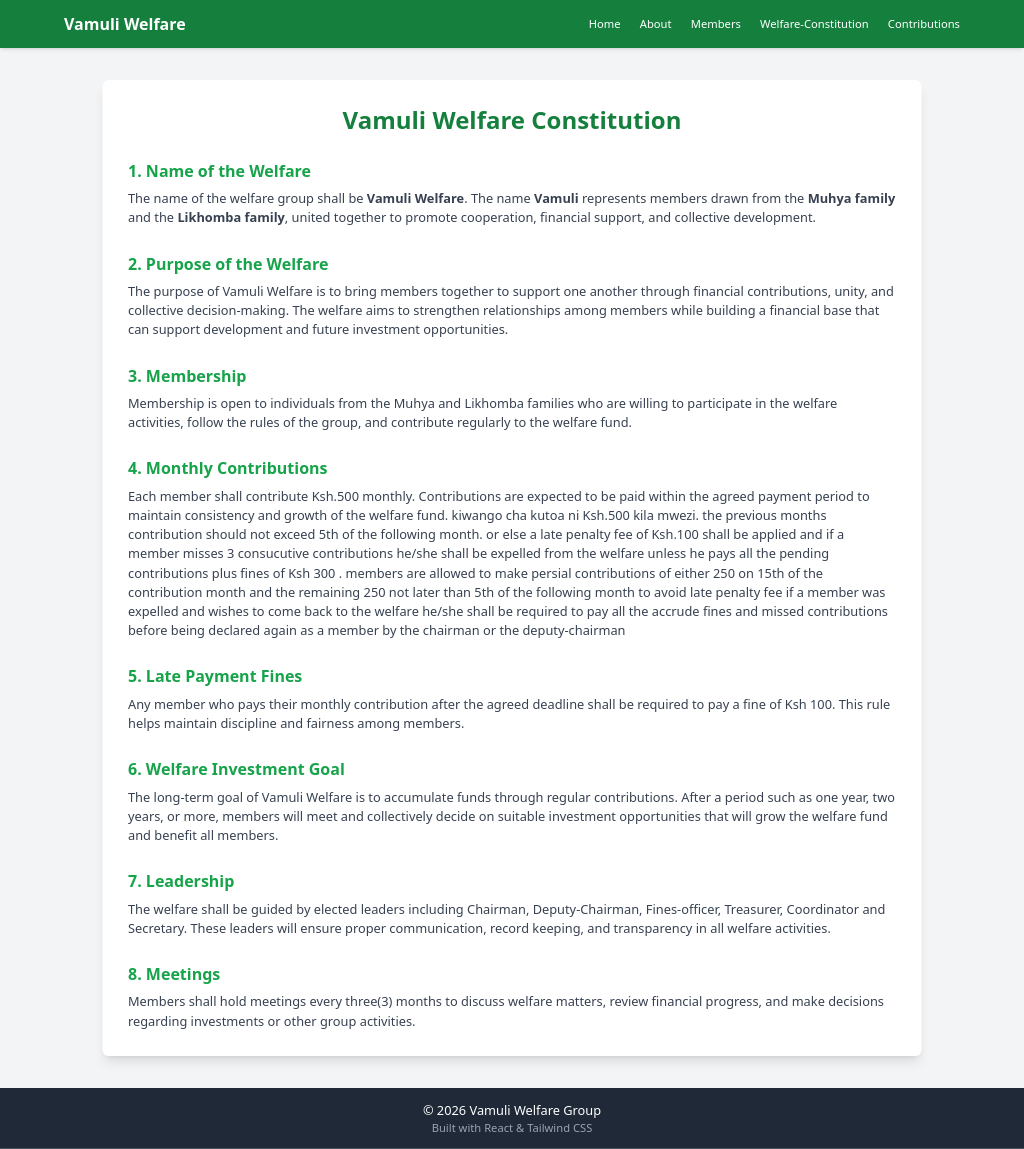
Repository: Engineer-collo/Vamuli-welfare
Page: /constitution
These files come from the project's save history. The page is drawn as it stood at one moment and after a run of saves; the edit follows.
The browser window is 1280 px wide. The pictures show the whole page, at 80% of full size.
The project was rebuilt for these pictures with package versions that can differ from the ones it lists, and the page was loaded fresh each time. Also part of the build but not shown: vite.config.js, src/pages/contributionsData.js, src/pages/Home.jsx, src/pages/Members.jsx, src/pages/ContributionsTable.jsx, src/pages/About.jsx.

Above is the page before, as saved 2026-03-16 15:36:47.

### index.html
<!doctype html>
<html lang="en">
  <head>
    <meta charset="UTF-8" />
    <link rel="icon" type="image/svg+xml" href="/favicon.svg" />
    <meta name="viewport" content="width=device-width, initial-scale=1.0" />
    <title>vamuli-welfare</title>
  </head>
  <body>
    <div id="root"></div>
    <script type="module" src="/src/main.jsx"></script>
  </body>
</html>

### src/App.jsx
import { BrowserRouter as Router, Routes, Route } from "react-router-dom";

import Navbar from "./components/Navbar";
import Footer from "./components/Footer";

import Home from "./pages/Home";
import Members from "./pages/Members";
import ContributionsTable from "./pages/ContributionsTable";
import WelfareConstituion from "./pages/WelfareConstituion";
import About from "./pages/About";

function App() {
  return (
    <Router>
      <div className="bg-gray-100 min-h-screen">

        <Navbar />

        <Routes>
          <Route path="/" element={<Home />} />
          <Route path="/members" element={<Members />} />
          <Route path="/contributions" element={<ContributionsTable />} />
          <Route path="/about" element={<About />} />
          <Route path="/constitution" element={<WelfareConstituion/>} />

        </Routes>

        <Footer />

      </div>
    </Router>
  );
}

export default App;

### src/components/Navbar.jsx
import { Link } from "react-router-dom";

function Navbar() {
  return (
    <nav className="bg-green-700 text-white shadow-md">
      <div className="max-w-6xl mx-auto flex justify-between items-center p-4">

        <h1 className="text-xl font-bold">
          <Link to="/">Vamuli Welfare</Link>
        </h1>

        <ul className="flex gap-6 text-sm">
          <li>
            <Link to="/" className="hover:text-gray-200">Home</Link>
          </li>

          <li>
            <Link to="/about" className="hover:text-gray-200">About</Link>
          </li>

          <li>
            <Link to="/members" className="hover:text-gray-200">Members</Link>
          </li>

          <li>
            <Link to="/constitution" className="hover:text-gray-200">Welfare-Constitution</Link>
          </li>


          <li>
            <Link to="/contributions" className="hover:text-gray-200">Contributions</Link>
          </li>



        </ul>

      </div>
    </nav>
  );
}

export default Navbar;

### src/components/Footer.jsx
import React from "react";

function Footer() {
  return (
    <footer className="bg-gray-800 text-white mt-10">
      <div className="max-w-6xl mx-auto text-center p-4">
        <p>© 2026 Vamuli Welfare Group</p>
        <p className="text-sm text-gray-400">
          Built with React & Tailwind CSS
        </p>
      </div>
    </footer>
  );
}

export default Footer;

### src/pages/WelfareConstituion.jsx
import React from "react";

function Constitution() {
  return (
    <div className="max-w-5xl mx-auto mt-10 bg-white shadow-lg rounded-lg p-8">

      <h1 className="text-3xl font-bold text-center text-green-700 mb-8">
        Vamuli Welfare Constitution
      </h1>

      {/* Introduction */}

      <section className="mb-8">
        <h2 className="text-xl font-semibold text-green-600 mb-2">
          1. Name of the Welfare
        </h2>

        <p className="text-gray-700">
          The name of the welfare group shall be <strong>Vamuli Welfare</strong>.
          The name <strong>Vamuli</strong> represents members drawn from the
          <strong> Muhya family </strong> and the <strong>Likhomba family</strong>,
          united together to promote cooperation, financial support, and
          collective development.
        </p>
      </section>

      {/* Purpose */}

      <section className="mb-8">
        <h2 className="text-xl font-semibold text-green-600 mb-2">
          2. Purpose of the Welfare
        </h2>

        <p className="text-gray-700">
          The purpose of Vamuli Welfare is to bring members together to support
          one another through financial contributions, unity, and collective
          decision-making. The welfare aims to strengthen relationships among
          members while building a financial base that can support development
          and future investment opportunities.
        </p>
      </section>

      {/* Membership */}

      <section className="mb-8">
        <h2 className="text-xl font-semibold text-green-600 mb-2">
          3. Membership
        </h2>

        <p className="text-gray-700">
          Membership is open to individuals from the Muhya and Likhomba
          families who are willing to participate in the welfare activities,
          follow the rules of the group, and contribute regularly to the
          welfare fund.
        </p>
      </section>

      {/* Contributions */}

      <section className="mb-8">
        <h2 className="text-xl font-semibold text-green-600 mb-2">
          4. Monthly Contributions
        </h2>

        <p className="text-gray-700">
          Each member shall contribute Ksh.500 monthly.
          Contributions are expected to be paid within the agreed payment
          period to maintain consistency and growth of the welfare fund.

          kiwango cha kutoa ni Ksh.500 kila mwezi. the previous months contribution should not exceed 5th of the following month. or else a late penalty fee
           of Ksh.100 shall be applied and if a member misses 3 consucutive contributions he/she shall be expelled from the welfare unless he pays all the pending contributions plus fines of Ksh 300 .
           members are allowed to make persial contributions of either 250 on 15th of the contribution month and the remaining 250 not later than 5th of the following month to avoid late penalty fee
           if a member was expelled and wishes to come back to the welfare he/she shall be required to pay all the accrude fines and missed contributions before being declared again as a member by the chairman or the deputy-chairman
        </p>
      </section>

      {/* Fines */}

      <section className="mb-8">
        <h2 className="text-xl font-semibold text-green-600 mb-2">
          5. Late Payment Fines
        </h2>

        <p className="text-gray-700">
          Any member who pays their monthly contribution after the agreed
          deadline shall be required to pay a fine of Ksh 100. This rule helps
          maintain discipline and fairness among members.
        </p>
      </section>

      {/* Investment */}

      <section className="mb-8">
        <h2 className="text-xl font-semibold text-green-600 mb-2">
          6. Welfare Investment Goal
        </h2>

        <p className="text-gray-700">
          The long-term goal of Vamuli Welfare is to accumulate funds through
          regular contributions. After a period such as one year, two years, or
          more, members will meet and collectively decide on suitable
          investment opportunities that will grow the welfare fund and benefit
          all members.
        </p>
      </section>

      {/* Leadership */}

      <section className="mb-8">
        <h2 className="text-xl font-semibold text-green-600 mb-2">
          7. Leadership
        </h2>

        <p className="text-gray-700">
          The welfare shall be guided by elected leaders including Chairman, Deputy-Chairman, Fines-officer, Treasurer,
          Coordinator and  Secretary. These leaders will ensure proper
          communication, record keeping, and transparency in all welfare
          activities.
        </p>
      </section>

      {/* Meetings */}

      <section>
        <h2 className="text-xl font-semibold text-green-600 mb-2">
          8. Meetings
        </h2>

        <p className="text-gray-700">
          Members shall hold meetings every three(3) months to discuss welfare
          matters, review financial progress, and make decisions regarding
          investments or other group activities.
        </p>
      </section>

    </div>
  );
}

export default Constitution;

### tailwind.config.js
/** @type {import('tailwindcss').Config} */
module.exports = {
  content: [
    "./index.html",
    "./src/**/*.{js,jsx}"
  ],
  theme: {
    extend: {},
  },
  plugins: [],
};

Loaded but not shown: src/main.jsx (common file); src/index.css (common file)

After the next 3 saves:
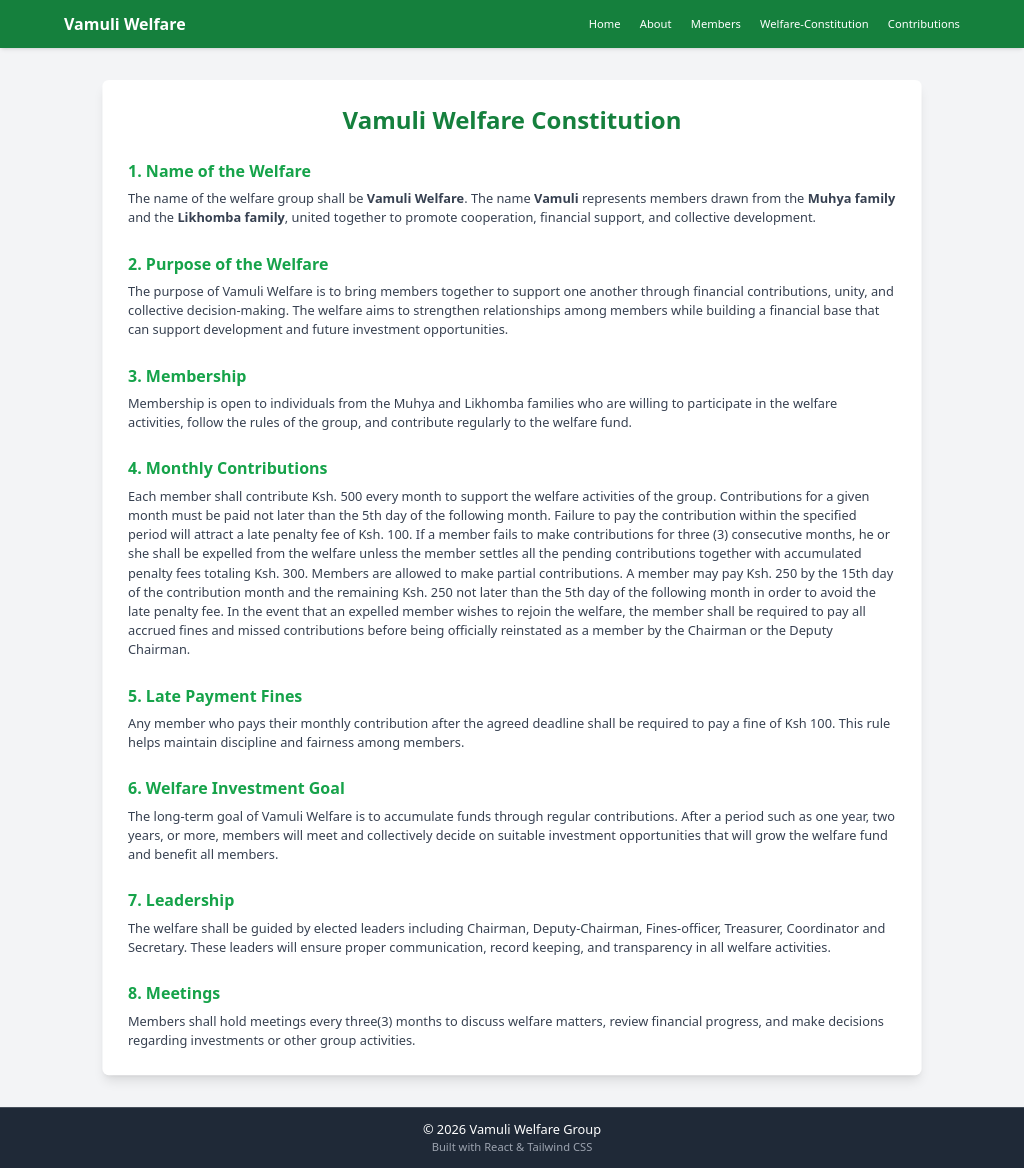
The 3 saves are shown as one change because they came seconds apart.
The last was saved 3 min 25 s later.
--- a/src/pages/WelfareConstituion.jsx
+++ b/src/pages/WelfareConstituion.jsx
@@ -58,22 +58,34 @@ function Constitution() {
       {/* Contributions */}
 
       <section className="mb-8">
-        <h2 className="text-xl font-semibold text-green-600 mb-2">
-          4. Monthly Contributions
-        </h2>
+  <h2 className="text-xl font-semibold text-green-600 mb-2">
+    4. Monthly Contributions
+  </h2>
 
-        <p className="text-gray-700">
-          Each member shall contribute Ksh.500 monthly.
-          Contributions are expected to be paid within the agreed payment
-          period to maintain consistency and growth of the welfare fund.
+  <p className="text-gray-700">
+    Each member shall contribute Ksh. 500 every month to support the welfare
+    activities of the group. Contributions for a given month must be paid not
+    later than the 5th day of the following month.
 
-          kiwango cha kutoa ni Ksh.500 kila mwezi. the previous months contribution should not exceed 5th of the following month. or else a late penalty fee
-           of Ksh.100 shall be applied and if a member misses 3 consucutive contributions he/she shall be expelled from the welfare unless he pays all the pending contributions plus fines of Ksh 300 .
-           members are allowed to make persial contributions of either 250 on 15th of the contribution month and the remaining 250 not later than 5th of the following month to avoid late penalty fee
-           if a member was expelled and wishes to come back to the welfare he/she shall be required to pay all the accrude fines and missed contributions before being declared again as a member by the chairman or the deputy-chairman
-        </p>
-      </section>
+    Failure to pay the contribution within the specified period will attract a
+    late penalty fee of Ksh. 100.
 
+    If a member fails to make contributions for three (3) consecutive months,
+    he or she shall be expelled from the welfare unless the member settles all
+    the pending contributions together with accumulated penalty fees totaling
+    Ksh. 300.
+
+    Members are allowed to make partial contributions. A member may pay
+    Ksh. 250 by the 15th day of the contribution month and the remaining
+    Ksh. 250 not later than the 5th day of the following month in order to
+    avoid the late penalty fee.
+
+    In the event that an expelled member wishes to rejoin the welfare, the
+    member shall be required to pay all accrued fines and missed
+    contributions before being officially reinstated as a member by the
+    Chairman or the Deputy Chairman.
+  </p>
+</section>
       {/* Fines */}
 
       <section className="mb-8">
